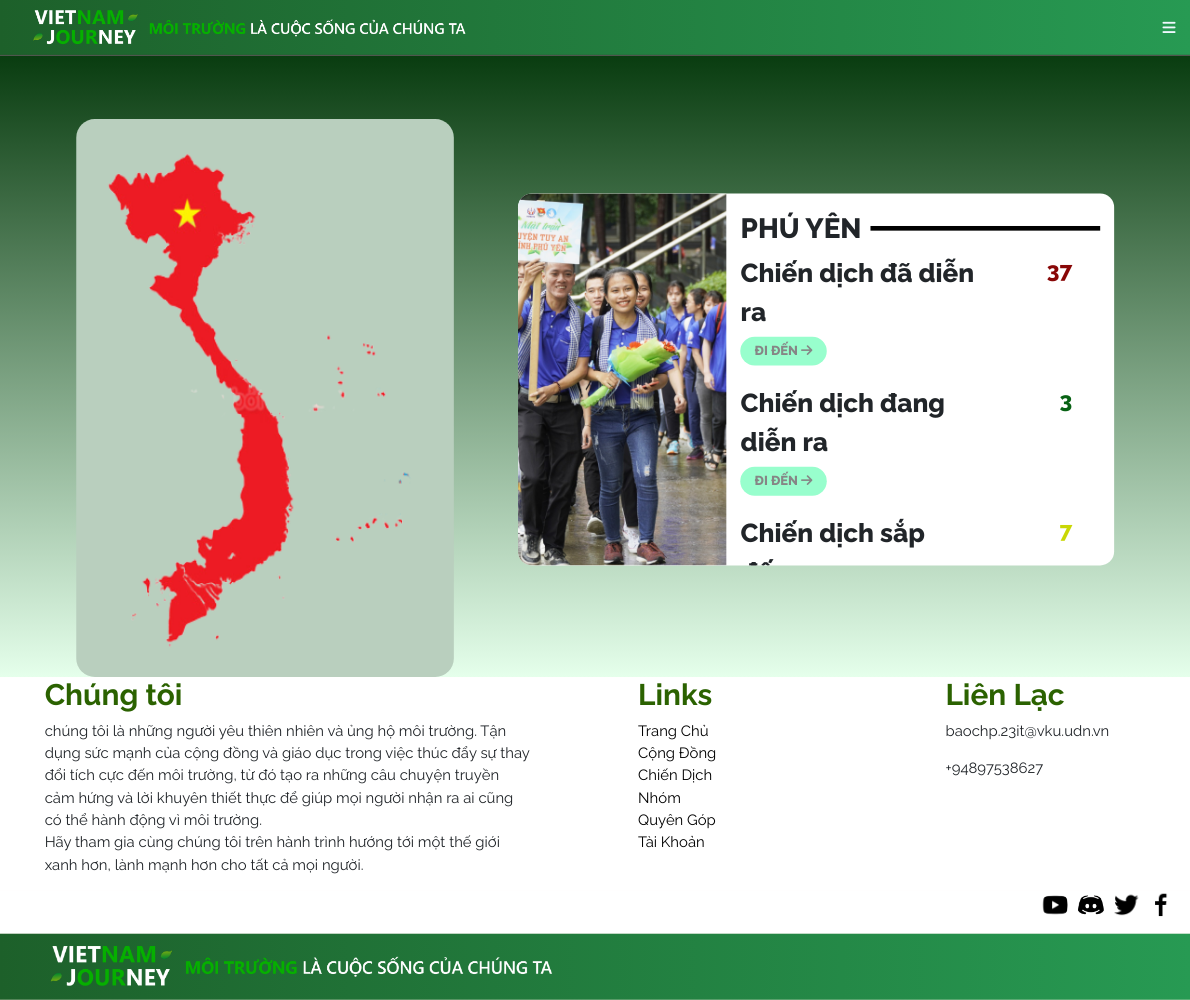
Repository: Boima12/Boima12.github.io_VietnamJourney
Page: HTML/ChienDich/ChienDich.html
An editor plug-in stored every save of this project. The page is shown before and after a run of saves, followed by the edit.
The browser window is 1280 px wide. The pictures show the whole page, at 93% of full size.

Above is the page before, as saved 2024-05-25 08:11:15.

### HTML/ChienDich/ChienDich.html
<!DOCTYPE html>
<HTML lang="en">

<HEAD>
    <TITLE>Chiến Dịch</TITLE>
    <meta charset="UTF-8">
    <meta name="viewport" content="width=device-width, initial-scale=1.0">

    <!-- CSS -->
    <link rel="stylesheet" href="ChienDich.css">

    <!-- Favicon -->
    <link rel="icon" type="image/x-icon" href="../../Images/yo.ico">

    <!--Bootstrap 5-->
    <link href="https://cdn.jsdelivr.net/npm/bootstrap@5.3.3/dist/css/bootstrap.min.css" rel="stylesheet">
    <script src="https://cdn.jsdelivr.net/npm/bootstrap@5.3.3/dist/js/bootstrap.bundle.min.js"></script>
    <!-- <link rel="stylesheet" href="https://cdn.jsdelivr.net/npm/bootstrap@4.6.2/dist/css/bootstrap.min.css" integrity="sha384-xOolHFLEh07PJGoPkLv1IbcEPTNtaed2xpHsD9ESMhqIYd0nLMwNLD69Npy4HI+N" crossorigin="anonymous"> -->
    <!-- Font Awesome -->
    <link rel="stylesheet" href="https://cdnjs.cloudflare.com/ajax/libs/font-awesome/6.5.1/css/all.min.css">
</HEAD>



<BODY style="background-color: #FFF4E6;">

    <!-- header là Navigation bar -->
    <header id="header1">
        <div class="logo">
            <img class="logo1" src="../../Images/header1.png" onclick="navToIntro()" style="height: 40px;">
            <img class="logo2" src="../../Images/header2.png" onclick="navToIntro()">
        </div>

        <div class="links">
            <nav>
                <a href="../TrangChu/TrangChu.html">TRANG CHỦ</a>
                <a href="../CongDong/CongDong.html">CỘNG ĐỒNG</a>
                <a href="../ChienDich/ChienDich.html">CHIẾN DỊCH</a>
                <a href="../Nhom/Nhom.html">NHÓM</a>
                <a href="../QuyenGop/QuyenGop.html">QUYÊN GÓP</a>
                <a href="../TaiKhoan/TaiKhoan.html">TÀI KHOẢN</a>
            </nav>
        </div>

        <div class="bar" onclick="MenuBar()">
            <i class="fa-solid fa-bars"></i>
        </div>

        <div id="overlay"></div>

        <div id="sidebar">
            <div class="sidebar-content">

                <div style="color: aliceblue;text-align: right;margin-top:0;" onclick="CloseBar()"><i
                        class="fa-solid fa-bars"></i></div>

                <!-- <p>VỀ CHÚNG TÔI <i class="fa-regular fa-address-card"></i></p> -->
                <a href="../TrangChu/TrangChu.html">TRANG CHỦ <i class="fa-solid fa-house"></i></a>
                <a href="../CongDong/CongDong.html">CỘNG ĐỒNG <i class="fa-solid fa-earth-americas"></i></a>
                <a href="../ChienDich/ChienDich.html">CHIẾN DỊCH <i class="fa-solid fa-fire"></i></a>
                <a href="../Nhom/Nhom.html">NHÓM <i class="fa-solid fa-people-group"></i></a>
                <a href="../QuyenGop/QuyenGop.html">QUYÊN GÓP <i class="fa-solid fa-hand-holding-dollar"></i></a>
                <a href="../TaiKhoan/TaiKhoan.html">TÀI KHOẢN <i class="fa-solid fa-user"></i></a>
            </div>

        </div>

    </header>
    <div style="height: 3rem;"></div> <!-- Cách một khoảng cho navigation bar -->















<!-- LÀM Ở ĐÂY -->
    <div class="section-one">
        <div class="container">
            <div class="row">
                <div class="col-xl-5  col-lg-5 col-md-12 col-sm-12 col-12">
                    <div class="map">
                        <img src="./images/bando.png" alt="bản đồ việt nam">
                    </div>
                </div>
                <div class="col-xl-7 col-lg-7 col-md-12 col-sm-12 col-12">
                    <div class="right">
                        <div class="search">
                            <div class="inner-search"></div>
                            <div class="inner-combobox"></div>
                        </div>
                        <div class="content">
                            <img src="./images/anh1.jpg" alt="">
                            <div class="inner-content">
                                <div class="inner-title">
                                    <div class="inner-text">PHÚ YÊN</div>
                                    <div class="inner-line"></div>
                                </div>
                                <div class="part">
                                    <div class="inner-content">
                                        <div class="inner-title">Chiến dịch đã diễn ra</div>
                                        <div class="inner-button">ĐI ĐẾN <i class="fa-solid fa-arrow-right"></i></div>
                                    </div>
                                    <div class="inner-count red">37</div>
                                </div>
                                <div class="part">
                                    <div class="inner-content">
                                        <div class="inner-title">Chiến dịch đang diễn ra</div>
                                        <div class="inner-button">ĐI ĐẾN <i class="fa-solid fa-arrow-right"></i></div>
                                    </div>
                                    <div class="inner-count green">3</div>
                                </div>
                                <div class="part">
                                    <div class="inner-content">
                                        <div class="inner-title">Chiến dịch sắp đến</div>
                                        <div class="inner-button">ĐI ĐẾN <i class="fa-solid fa-arrow-right"></i></div>
                                    </div>
                                    <div class="inner-count yellow">7</div>
                                </div>
                            </div>
                        </div>
                    </div>
                </div>
            </div>
        </div>
    </div>















    <footer>
        <div class="up">
            <div id="about">
                <h2>Chúng tôi</h2>
                <p>chúng tôi là những người yêu thiên nhiên và ủng hộ môi trường. Tận dụng sức mạnh của cộng đồng và giáo dục trong việc thúc đẩy sự thay đổi tích cực đến môi trường, từ đó tạo ra những câu chuyện truyền cảm hứng và lời khuyên thiết thực để giúp mọi người nhận ra ai cũng có thể hành động vì môi trường.<br>
                    Hãy tham gia cùng chúng tôi trên hành trình hướng tới một thế giới xanh hơn, lành mạnh hơn cho tất cả mọi người.
                </p>
            </div>

            <div id="quickLinks">
                <h2>Links</h2>
                <a href="../../HTML/TrangChu/TrangChu.html">Trang Chủ</a>
                <a href="../../HTML/CongDong/CongDong.html">Cộng Đồng</a>
                <a href="../../HTML/ChienDich/ChienDich.html">Chiến Dịch</a>
                <a href="../../HTML/Nhom/Nhom.html">Nhóm</a>
                <a href="../../HTML/QuyenGop/QuyenGop.html">Quyên Góp</a>
                <a href="../../HTML/TaiKhoan/TaiKhoan.html">Tài Khoản</a>
            </div>

            <div id="contacts">
                <h2>Liên Lạc</h2>
                <p>baochp.23it@vku.udn.vn</p>
                <p>+94897538627</p>
            </div>
        </div>


        <div class="mid">
            <a href="https://www.youtube.com/channel/UC1cpkfqLNp6I1HgNy2MUhUg"><img src="../../Images/youtube_icon.png"></a>
            <a href="https://discord.com/invite/45fkbZcj"><img src="../../Images/discord_icon.png"></a>
            <a href="https://x.com/dog_rates"><img src="../../Images/twitter_icon.png"></a>
            <a href="https://web.facebook.com/vku.udn.vn/?_rdc=1&_rdr"><img src="../../Images/facebook_icon.png"></a>
        </div>


        <div class="bot">
            <img class="logo1" src="../../Images/header1.png">
            <img class="logo2" src="../../Images/header2.png">
        </div>
    </footer>


    <!-- JavaScript -->
    <script src="../../Script/ChienDich.js"></script>
    <noscript>Your Browser doesn't support JavaScript</noscript>

</BODY>

</HTML>

### HTML/ChienDich/ChienDich.css
/* IMPORTING */
@font-face {
    font-family: Raleway;
    src: url("../../Fonts/Raleway-VariableFont_wght.ttf");
}

/* END IMPORTING */

/*BASE*/
* {
    box-sizing: border-box;
}

:root {
    --color-bg: #05390C;
    --color-green: #00FF0A;
    --color-text: #000000;
    --color-desc: #868686;
  }

body {
    color: var(--color-text);
}

/*BASE*/

/* Loại bỏ margin - padding global */
* {
    margin: 0px;
    padding: 0px;
}


/* global font */
* {
    font-family: Raleway;
}



/* NAVIGATION BAR */
header {
    display: flex;
    align-items: center;
    justify-content: space-between;
    position: fixed;
    width: 100%;
    height: 60px;
    border-bottom: 1.5px solid rgb(97, 94, 94);
    background: linear-gradient(to right, rgb(29, 96, 42), rgb(39, 154, 83));
    z-index: 999;
}


header div.logo img {
    width: auto;
    height: 2.9rem;
    /* margin-left: 3rem; */
}

header div.logo img.logo1 {
    display: block;
    padding-left: 10px;
    margin: 20px;
}

header div.logo img.logo2 {
    display: none;
}


header div.links nav {
    display: flex;
    justify-content: space-around;
    width: 100%;
}


header div.links nav a {
    margin: 0;
    padding: 0 1rem;

    cursor: pointer;

    text-decoration: none;
    color: white;
    font-size: 16px;
    font-weight: 600;
}


header div.links nav a:hover {
    color: #b8e994;
}


header div.bar {
    display: none;
    margin-right: 1rem;

    color: aliceblue;
    text-align: right;
}


header #overlay {
    display: none;
    position: fixed;

    top: 0;
    left: 0;
    width: 100%;
    height: 100%;

    background-color: rgba(0, 0, 0, 0.8);

    z-index: 9999;
}


header #sidebar {
    display: flex;
    justify-content: flex-end;
    float: right;

    position: fixed;

    top: 0;
    right: -20%;
    width: 20%;
    height: 100%;
    border: none;
    overflow: hidden;

    background: linear-gradient(to top, rgb(37, 79, 46), rgb(53, 189, 105));

    transition: right 0.3s ease-in-out;
    z-index: 10000;

}


header #sidebar.open {
    right: 0;
}


header #sidebar div.sidebar-content {
    display: flex;
    flex-direction: column;
    overflow-y: auto;
    overflow-x: hidden;
    padding: 1.5rem;
    width: 100%;
}


header #sidebar div.sidebar-content a {
    text-align: right;
    text-decoration: none;
    font-size: 1.2rem;

    color: aliceblue;
    margin-top: 1.5rem;

    margin-right: 0;
}


header #sidebar div.sidebar-content a:hover {
    color: #b8e994;
}


header #sidebar div.sidebar-content i {
    font-size: smaller;
}

/* END NAVIGATION BAR */

/* SECTION-ONE */
.section-one {
    background-image: linear-gradient(to bottom, #05390C, #E5FFEB);
    padding-top: 80px;
}

.map {
    width: 90%;
    position: relative;
    border-radius: 20px;
    max-width: 100%;
    overflow: hidden;
    height: 600px;
    object-fit: cover;
    background-color: #b9cfbe ;
}

.map img {
    width: 100%;
    height: 100%;
}

.right {
    height: 600pxx;
}

.right .search {
    height: 50px;
    margin-bottom: 30px;
}

.right .content {
    display: flex;
    border-radius: 15px;
    overflow: hidden;
    height: 400px;
    background-color: white;
}

.right .content img {
    width: 35%;
    height: auto;
    object-fit: cover;
}

.right .content .inner-content {
    width: 65%;
    padding: 15px;
}

.right .content .inner-content .inner-title {
    width: 100%;
    font-size: 30px;
    font-weight: 800;
    display: flex;
    align-items: center;
    margin-bottom: 5px;
}

.right .content .inner-content .inner-title .inner-text {
    display: inline-block;
}

.right .content .inner-content .inner-title .inner-line {
    flex-grow: 1;
    position: relative;
    height: 5px;
    background-color: #000000;
    line-height: 100%;
    margin-left: 10px;
}

.right .content .inner-content .part {
    width: 100%;
    display: flex;
    justify-content: space-between;
    margin-bottom: 20px;
}

.right .content .inner-content .part .inner-content {
    padding: 0;
}

.right .content .inner-content .part .inner-content .inner-title{
    font-size: 28px;
}

.right .content .inner-content .part .inner-content .inner-button {
    font-size: 14px;
    font-weight: 800;
    color: var(--color-desc);
    background-color: #98FECD;
    display: inline-block;
    padding: 5px 15px 5px 15px;
    border-radius: 20px;
}

.right .content .inner-content .part .inner-count {
    font-size: 24px;
    font-weight: 800;
    text-align: center;
    margin-right: 30px;
}

.right .content .inner-content .part .red {
    color: #880707;
}

.right .content .inner-content .part .green {
    color: #086214;
}

.right .content .inner-content .part .yellow {
    color: #c9d705;
}

/* END SECTION-ONE */











































/* Code CSS ở đây */






































/* FOOTER */
footer div.up {
    display: flex;
    justify-content: space-around;
    gap: 1.2rem;
    width: 100%;

    background-color: white;

}


footer div.up h2 {
    font-weight: bold;
    color: #2B6200;
}


footer div.up #about {
    display: flex;
    flex-direction: column;
    justify-content: flex-start;

    width: 50%;
    padding-left: 3rem;
    padding-right: 3rem;
}


footer div.up #quickLinks {
    display: flex;
    flex-direction: column;
    justify-content: flex-start;

    width: 25%;
    padding-left: 3rem;
    padding-right: 3rem;
}


footer div.up #quickLinks a {
    text-decoration: none;
    color: black;
}


footer div.up #contacts {
    display: flex;
    flex-direction: column;
    justify-content: flex-start;

    width: 25%;
    padding-left: 3rem;
    padding-right: 3rem;
}


footer div.mid {
    display: flex;
    justify-content: flex-end;
    gap: 0.5rem;

    width: 100%;
    padding-right: 1rem;
    padding-bottom: 1rem;
    background-color: white;
}


footer div.mid a img {
    width: 30px;
    height: 30px;
}


footer div.bot {
    display: flex;
    justify-content: flex-start;

    padding-left: 3rem;
    padding-top: 0.75rem;
    padding-bottom: 0.75rem;
    width: 100%;

    background: linear-gradient(to right, rgb(29, 96, 42), rgb(39, 154, 83));
}


footer div.bot img {
    width: auto;
    height: 2.9rem;
}


footer div.bot img.logo1 {
    display: block;
}


footer div.bot img.logo2 {
    display: none;
}


/* END FOOTER */













/* RESPONSIVE DESIGN */
@media (max-width: 1380px) {
    header div.links nav a {
        display: none;
    }

    header div.bar  {
        display: block;
    }

    header #sidebar {
        right: -30%;
        width: 30%;
    }
}


@media (max-width: 950px) {
    footer div.up {
        flex-direction: column;
    }

    footer div.up #about {
        width: 100%;
    }

    footer div.up #quickLinks {
        width: 100%;
    }

    footer div.up #contacts {
        width: 100%;
    }
}


@media (max-width: 630px) {
    header {
        height: 3.5rem;
    }

    header div.logo img.logo1 {
        display: none;
    }

    header div.logo img.logo2 {
        display: block;
    }

    header div.logo img {
        width: auto;
        height: 3.5rem;
        margin-left: 14rem;
    }

    header #sidebar {
        right: -50%;
        width: 50%;
    }

    footer div.bot {
        justify-content: center;
        padding-left: 0rem;
    }

    footer div.bot img {
        height: 3.5rem;
    }

    footer div.bot img.logo1 {
        display: none;
    }

    footer div.bot img.logo2 {
        display: block;
    }
}


@media (max-width: 560px) {
    header div.logo img {
        margin-left: 8rem;
    }

    header #sidebar {
        right: -60%;
        width: 60%;
    }
}


@media (max-width: 320px) {
    header div.logo img {
        margin-left: 5rem;
    }
}

/* END RESPONSIVE DESIGN */

### Script/ChienDich.js
// header menu bar
const overlay = document.getElementById('overlay');
const sidebar = document.getElementById('sidebar');

function MenuBar() {
    overlay.style.display = 'block';
    sidebar.classList.add('open');
}

function CloseBar() {
    overlay.style.display = 'none';
    sidebar.classList.remove('open');
}


// back to intro when click the logo
function navToIntro() {
    window.location.href = '../../index.html';
}


// navigation bar background transparency
// const header = document.getElementById('header1');
// function toggle_header() {
//     if (window.screenY == 0) {
//         header.style.background = 'linear-gradient(to right, rgba(29, 96, 42, 0), rgba(39, 154, 83, 0))';
//     } else if (window.screenY < 210) {
//         header.style.background = 'linear-gradient(to right, rgba(29, 96, 42, ' + parseInt(window.scrollY)*2 / 300 + '), rgba(39, 154, 83, ' + parseInt(window.scrollY)*2 / 300 + '))';
//     } else {
//         header.style.background = 'linear-gradient(to right, rgba(29, 96, 42, 0.7), rgba(39, 154, 83, 0.7))';
//     }
// }

// window.addEventListener('scroll', toggle_header);

After the next 2 saves:
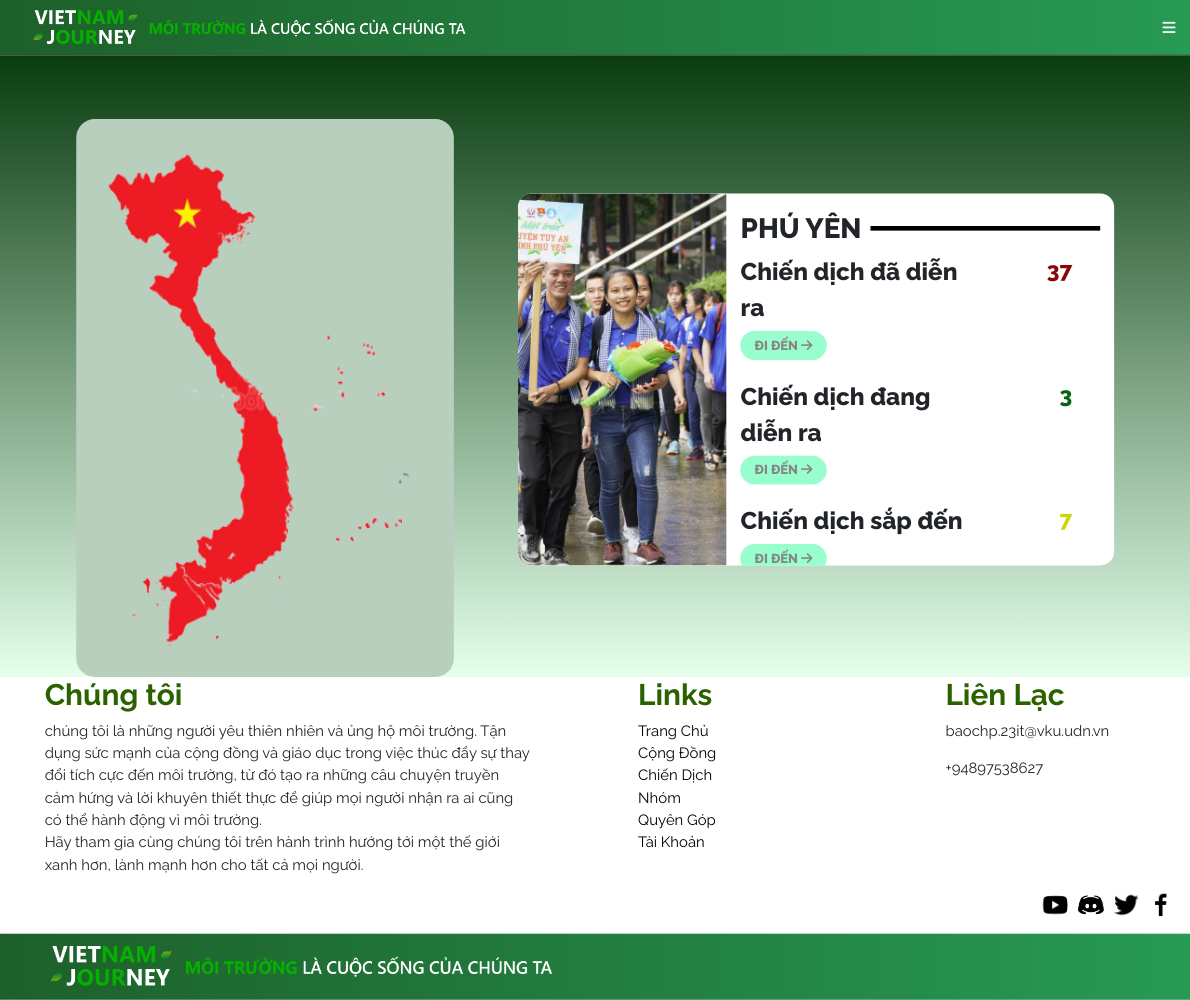
The 2 saves are shown as one change because they came seconds apart.
The last was saved 10 s later.
--- a/HTML/ChienDich/ChienDich.css
+++ b/HTML/ChienDich/ChienDich.css
@@ -262,7 +262,7 @@ header #sidebar div.sidebar-content i {
 }
 
 .right .content .inner-content .part .inner-content .inner-title{
-    font-size: 28px;
+    font-size: 26px;
 }
 
 .right .content .inner-content .part .inner-content .inner-button {
